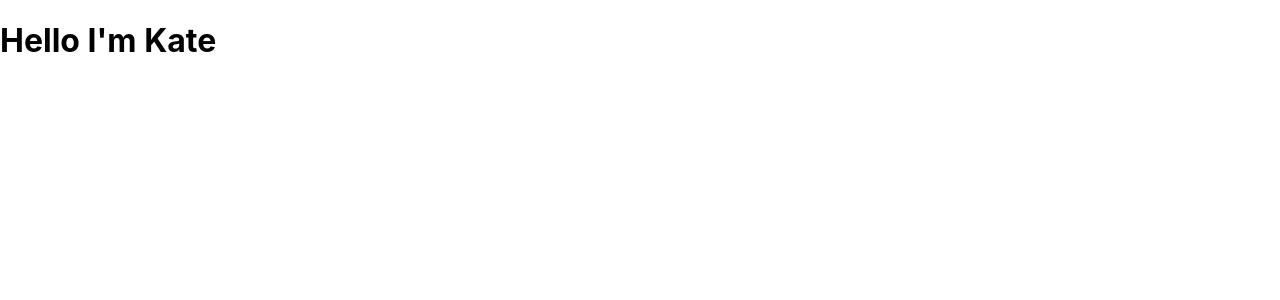
Repository: kate30980/task-tracker-reactjs
Page: /
An editor plug-in stored every save of this project. The page is shown before and after the next save, followed by the edit.
The browser window is 1280 px wide. The pictures show the whole page.
The project was rebuilt for these pictures with package versions that can differ from the ones it lists, and the page was loaded fresh each time.

Above is the page before, as saved 2021-09-19 11:54:18.

### public/index.html
<!DOCTYPE html>
<html lang="en">

<head>
  <meta charset="utf-8" />
  <link rel="icon" href="%PUBLIC_URL%/favicon.ico" />
  <meta name="viewport" content="width=device-width, initial-scale=1" />
  <meta name="theme-color" content="#000000" />
  <meta name="description" content="Web site created using create-react-app" />
  <link rel="apple-touch-icon" href="%PUBLIC_URL%/logo192.png" />
  <!--
      manifest.json provides metadata used when your web app is installed on a
      user's mobile device or desktop. See https://developers.google.com/web/fundamentals/web-app-manifest/
    -->
  <link rel="manifest" href="%PUBLIC_URL%/manifest.json" />
  <!--
      Notice the use of %PUBLIC_URL% in the tags above.
      It will be replaced with the URL of the `public` folder during the build.
      Only files inside the `public` folder can be referenced from the HTML.

      Unlike "/favicon.ico" or "favicon.ico", "%PUBLIC_URL%/favicon.ico" will
      work correctly both with client-side routing and a non-root public URL.
      Learn how to configure a non-root public URL by running `npm run build`.
    -->
  <title>Task Tracker</title>
</head>

<body>
  <noscript>You need to enable JavaScript to run this app.</noscript>
  <div id="root"></div>
  <!--
      This HTML file is a template.
      If you open it directly in the browser, you will see an empty page.

      You can add webfonts, meta tags, or analytics to this file.
      The build step will place the bundled scripts into the <body> tag.

      To begin the development, run `npm start` or `yarn start`.
      To create a production bundle, use `npm run build` or `yarn build`.
    -->
</body>

</html>

### src/App.js
function App() {
  return (
    <div className="App">
      <h1>Hello I'm Kate</h1>
    </div>
  );
}

export default App;

Loaded but not shown: src/index.js (common file); src/index.css (common file); src/reportWebVitals.js (common file)

After the next save:
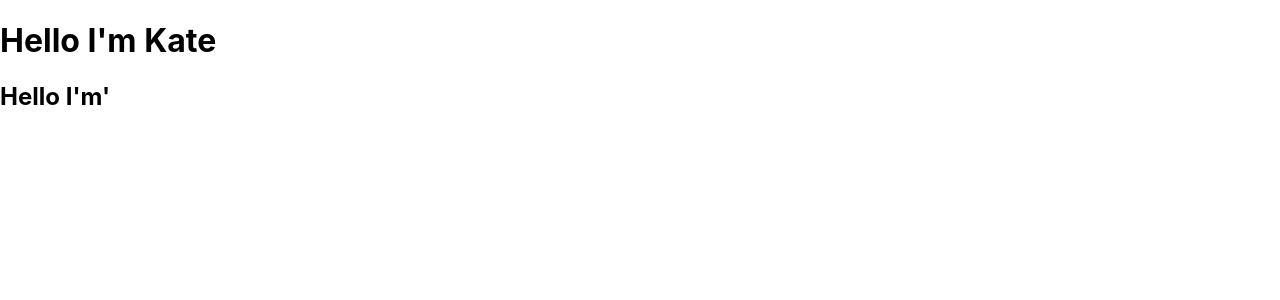
Saved 18 min 27 s later.
--- a/src/App.js
+++ b/src/App.js
@@ -2,6 +2,7 @@ function App() {
   return (
     <div className="App">
       <h1>Hello I'm Kate</h1>
+      <h2>Hello I'm'</h2>
     </div>
   );
 }
